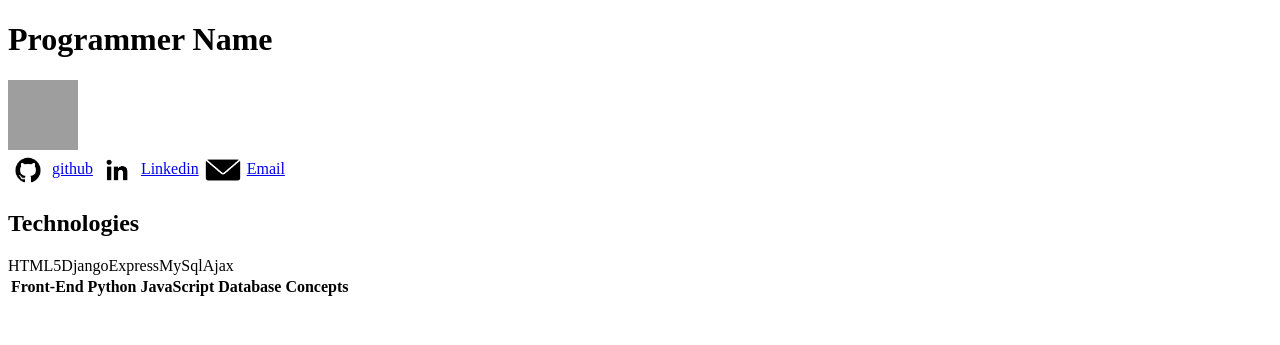
Repository: Fredy452/Fundamentos_de_la_Web
Page: Trabajos/Portafolio/index.html
An editor plug-in stored every save of this project. The page is shown before and after the next save, followed by the edit.
The browser window is 1280 px wide. The pictures show the whole page.
Pictures or frames that could not be fetched are drawn as grey boxes.

Above is the page before, as saved 2023-06-14 21:10:07.

### Trabajos/Portafolio/index.html
<!DOCTYPE html>
<html lang="en">
<head>
    <meta charset="UTF-8">
    <meta name="viewport" content="width=device-width, initial-scale=1.0">
    <title>Portafolio</title>
    <link rel="stylesheet" href="css/style.css">
</head>
<body>
    <h1>Programmer Name</h1>
    <img src="img/21104.png" alt="User imagen" style="width:70px; height: 70px;">
    <!-- Secction links -->
    <section>
        <img src="img/git.png" alt="github logo">
        <a href="https://github.com/Fredy452">github</a>
        <img src="img/linkedin.png" alt="Linkedin logo">
        <a href="#">Linkedin</a>
        <img src="img/email.png" alt="Linkedin logo">
        <a href="#">Email</a>
    </section>

    <!-- Section table -->
    <section>
        <h1>Technologies</h1>
        <table>
            <thead>
                <th>Front-End</th>
                <th>Python</th>
                <th>JavaScript</th>
                <th>Database</th>
                <th>Concepts</th>
            </thead>
            <tbody>
                <tr>HTML5</tr>
                <tr>Django</tr>
                <tr>Express</tr>
                <tr>MySql</tr>
                <tr>Ajax</tr>
            </tbody>
        </table>
    </section>
</body>
</html>

### Trabajos/Portafolio/css/style.css
img{
    width: 40px;
    height: 40px;
    display: inline-block;
    vertical-align: middle;
}

After the next save:
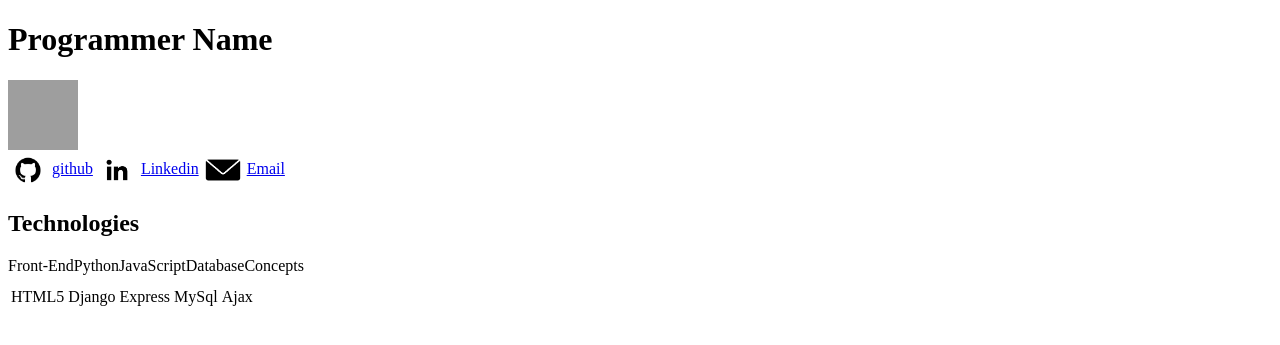
Saved 28 s later.
--- a/Trabajos/Portafolio/index.html
+++ b/Trabajos/Portafolio/index.html
@@ -24,18 +24,18 @@
         <h1>Technologies</h1>
         <table>
             <thead>
-                <th>Front-End</th>
-                <th>Python</th>
-                <th>JavaScript</th>
-                <th>Database</th>
-                <th>Concepts</th>
+                <tr>Front-End</tr>
+                <tr>Python</tr>
+                <tr>JavaScript</tr>
+                <tr>Database</tr>
+                <tr>Concepts</tr>
             </thead>
             <tbody>
-                <tr>HTML5</tr>
-                <tr>Django</tr>
-                <tr>Express</tr>
-                <tr>MySql</tr>
-                <tr>Ajax</tr>
+                <td>HTML5</td>
+                <td>Django</td>
+                <td>Express</td>
+                <td>MySql</td>
+                <td>Ajax</td>
             </tbody>
         </table>
     </section>
